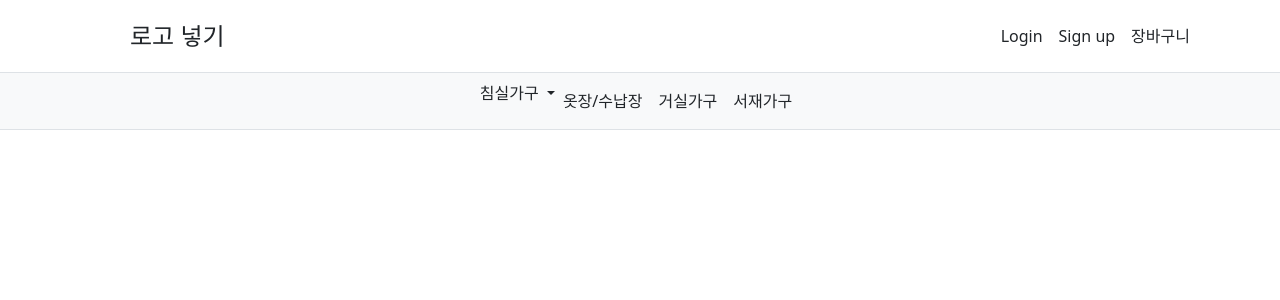
Repository: raoniee/Elice-House-Project
Page: FE/src/components/header/header.html
An editor plug-in stored every save of this project. The page is shown before and after the next save, followed by the edit.
The browser window is 1280 px wide. The pictures show the whole page.

Above is the page before, as saved 2023-07-04 16:20:41.

### FE/src/components/header/header.html
<!DOCTYPE html>
<html lang="ko">
  <head>
    <meta charset="UTF-8" />
    <meta http-equiv="X-UA-Compatible" content="IE=edge" />
    <meta name="viewport" content="width=device-width, initial-scale=1.0" />
    <title>Elice-House</title>
    <link
      href="https://cdn.jsdelivr.net/npm/bootstrap@5.2.3/dist/css/bootstrap.min.css"
      rel="stylesheet"
      integrity="sha384-rbsA2VBKQhggwzxH7pPCaAqO46MgnOM80zW1RWuH61DGLwZJEdK2Kadq2F9CUG65"
      crossorigin="anonymous"
    />
  </head>

  <body>
    <header class="py-3 border-bottom">
      <div class="container d-flex flex-wrap justify-content-center">
        <a
          href="/"
          class="d-flex align-items-center mb-3 mb-lg-0 me-lg-auto text-dark text-decoration-none"
        >
          <svg class="bi me-2" width="40" height="32">
            <use xlink:href="#bootstrap" />
          </svg>
          <span class="fs-4">로고 넣기</span>
        </a>
        <ul class="nav">
          <li class="nav-item">
            <a href="" class="nav-link link-dark px-2">Login</a>
          </li>
          <li class="nav-item">
            <a href="" class="nav-link link-dark px-2">Sign up</a>
          </li>
          <li class="nav-item">
            <a href="" class="nav-link link-dark px-2">장바구니</a>
          </li>
        </ul>
      </div>
    </header>
    <nav class="py-2 bg-light border-bottom">
      <div class="container">
        <ul class="nav me-auto d-flex flex-wrap justify-content-center">
          <li class="nav-item">
            <div class="dropdown text-end">
              <a
                href="#"
                class="d-block link-dark text-decoration-none dropdown-toggle"
                data-bs-toggle="dropdown"
                >침실가구
              </a>
              <ul class="dropdown-menu text-small">
                <li><a class="dropdown-item" href="#">New project...</a></li>
                <li><a class="dropdown-item" href="#">Settings</a></li>
                <li><a class="dropdown-item" href="#">Profile</a></li>
                <li><hr class="dropdown-divider" /></li>
                <li><a class="dropdown-item" href="#">Sign out</a></li>
              </ul>
            </div>
          </li>
          <li class="nav-item">
            <a href="#" class="nav-link link-dark px-2">옷장/수납장</a>
          </li>
          <li class="nav-item">
            <a href="#" class="nav-link link-dark px-2">거실가구</a>
          </li>
          <li class="nav-item">
            <a href="#" class="nav-link link-dark px-2">서재가구</a>
          </li>
        </ul>
      </div>
    </nav>
    <script
      src="https://cdn.jsdelivr.net/npm/bootstrap@5.2.3/dist/js/bootstrap.bundle.min.js"
      integrity="sha384-kenU1KFdBIe4zVF0s0G1M5b4hcpxyD9F7jL+jjXkk+Q2h455rYXK/7HAuoJl+0I4"
      crossorigin="anonymous"
    ></script>
  </body>
</html>

After the next save:
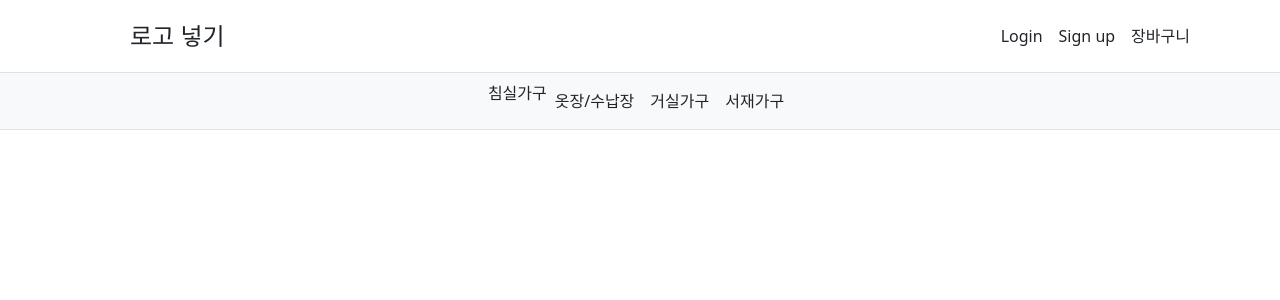
Saved 13 s later.
--- a/FE/src/components/header/header.html
+++ b/FE/src/components/header/header.html
@@ -45,8 +45,9 @@
             <div class="dropdown text-end">
               <a
                 href="#"
-                class="d-block link-dark text-decoration-none dropdown-toggle"
+                class="d-block link-dark text-decoration-none"
                 data-bs-toggle="dropdown"
+                aria-expanded="false"
                 >침실가구
               </a>
               <ul class="dropdown-menu text-small">
